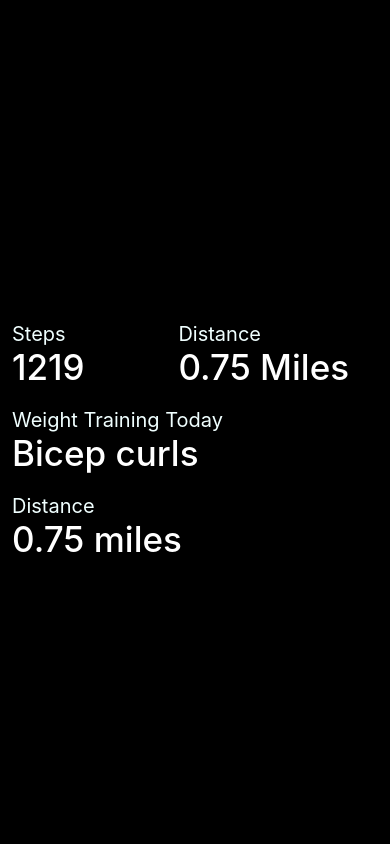
Repository: JamesPesenti/JiMTracker
Screen: /
The author's editor kept a copy of each file at every save. The screen is drawn from the files as they stood at one save, then again after the next save.
The app was drawn by React Native's web renderer in a window 390 px wide. The project was rebuilt for these pictures with package versions that can differ from the ones it lists, and the page was loaded fresh each time.

Above is the screen before, as saved 2023-06-16 12:24:51.

### App.tsx
import { StatusBar } from 'expo-status-bar';
import { StyleSheet, Text, View } from 'react-native';

type ValueProps = {
  label: string;
  value: string;
}

const Value = ({ label, value }: ValueProps) => {
  return (
    <>
     <View style={styles.valueContainer}>
      <Text style={styles.label}>{label}</Text>
      <Text style={styles.amount}>{value}</Text>
     </View>
    </>
  )
}


export default function App() {
  return (
    <View style={styles.container}>
      <Text>JIMtracker</Text>
       <View style={{flexDirection: "row", gap: 20}}>
          <Value label="Steps" value="1219" />
          <Value label="Distance" value="0.75 Miles" />
       </View>
          {/* Training */}
           <View>
              <Text style={styles.label}>Weight Training Today</Text>
              <Text style={styles.amount}>Bicep curls</Text>
           </View>

        <View style={{flexDirection: 'row'}}>
          {/* Distance */}
          <View>
              <Text style={styles.label}>Distance</Text>
              <Text style={styles.amount}>0.75 miles</Text>
          </View>
        </View>
      <StatusBar style="auto" />
    </View>
  );
}

const styles = StyleSheet.create({
  container: {
    flex: 1,
    backgroundColor: 'black',
    justifyContent: 'center',
    padding: 12,
    marginHorizontal: 0,
    gap: 20
  },
  valueContainer: {
    color: "white",
    minWidth: "40%"
  },
  label: {
    color: "azure",
    fontSize: 20,
  },
  amount: {
    color: "white",
    fontSize: 35,
    fontWeight: "500"
  }
});

After the next save:
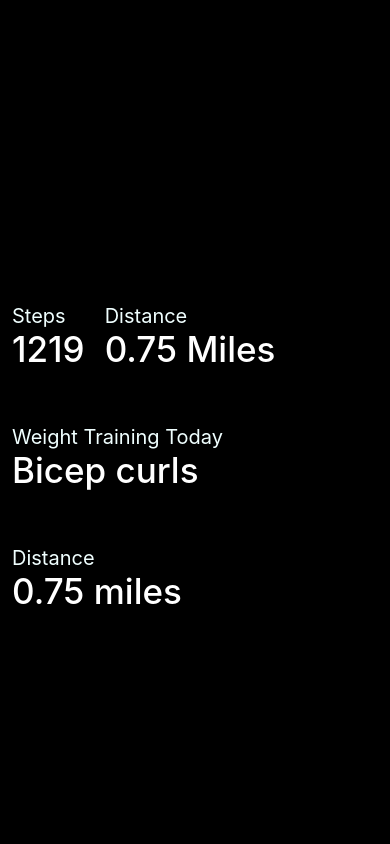
Saved 58 s later.
--- a/App.tsx
+++ b/App.tsx
@@ -51,11 +51,10 @@ const styles = StyleSheet.create({
     justifyContent: 'center',
     padding: 12,
     marginHorizontal: 0,
-    gap: 20
+    gap: 55
   },
   valueContainer: {
     color: "white",
-    minWidth: "40%"
   },
   label: {
     color: "azure",
